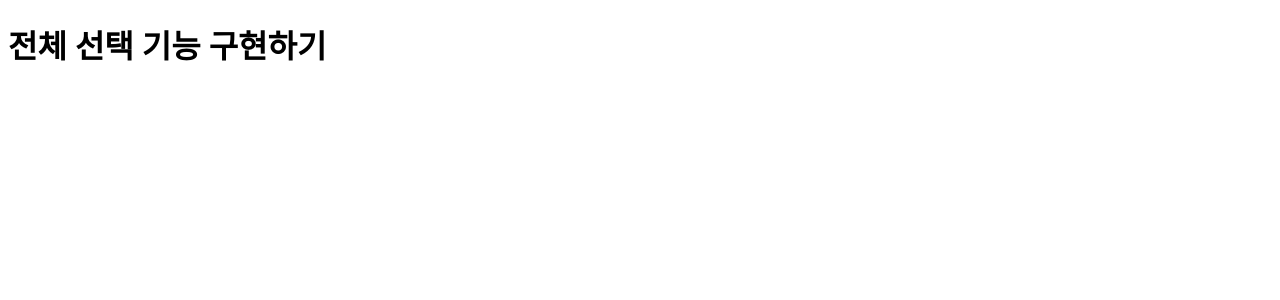
Repository: chaejunho689/bitcamp
Page: jQuery/src/main/webapp/03_jQueryAttr/exam03.html
The author's editor kept a copy of each file at every save. The page is drawn from the files as they stood at one save, then again after the next save.
The browser window is 1280 px wide. The pictures show the whole page.

Above is the page before, as saved 2024-08-23 05:18:27.

After the next save:
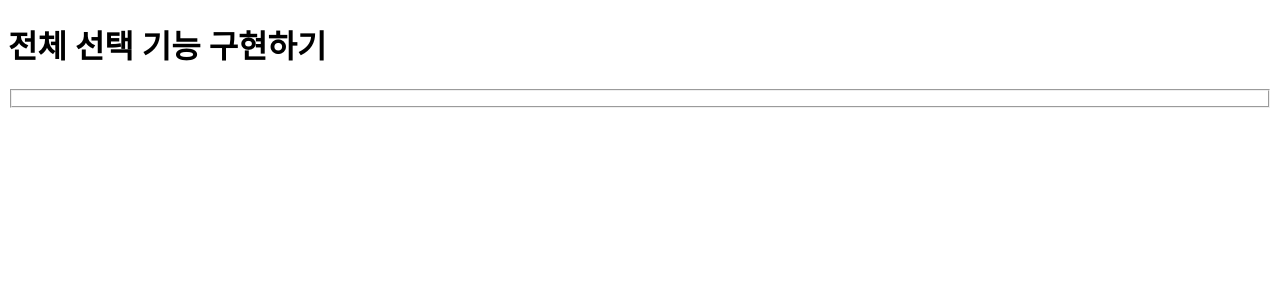
Saved 29 s later.
--- a/jQuery/src/main/webapp/03_jQueryAttr/exam03.html
+++ b/jQuery/src/main/webapp/03_jQueryAttr/exam03.html
@@ -5,7 +5,13 @@
 <title>Insert title here</title>
 </head>
 <body>
-	<h1> 전체 선택 기능 구현하기</h1>
+	<h1> 전체 선택 기능 구현하기 </h1>
+	<form>
+		<fieldset>
+
+		</fieldset>
+	</form>
+
 <script type="text/javascript" src="http://code.jquery.com/jquery-3.7.1.min.js"> </script>
 <script type="text/javascript">
 $(function(){
